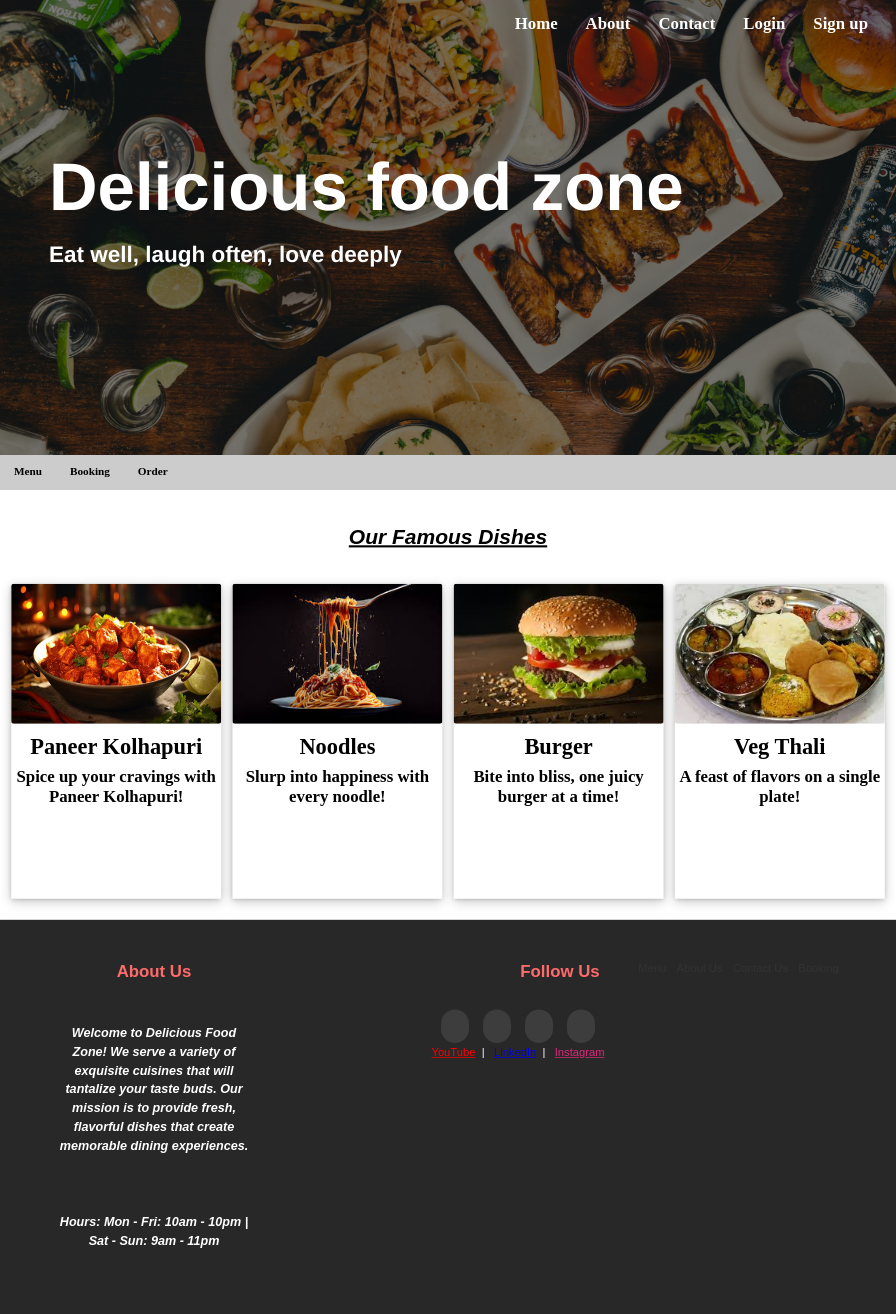
Repository: Shreya-Bonde/Restaurant-management-system
Page: index.html
An editor plug-in stored every save of this project. The page is shown before and after the next save, followed by the edit.
The browser window is 1280 px wide. The pictures show the whole page, at 70% of full size.

Above is the page before, as saved 2024-10-17 19:00:23.

### index.html
<!DOCTYPE html>
<html lang="en">
<head>
    <meta charset="UTF-8">
    <meta name="viewport" content="width=device-width, initial-scale=1.0">
    <title>Document</title>
    <link rel="stylesheet" href="style.css">
</head>
<body>
    <header>
        <div class="banner-container">
                <nav class="navbar">
                    <ul>
                        <li><a href="#home">Home</a></li>
                        <li><a href="/about.html">About</a></li>
                        <li><a href="/contact.html">Contact</a></li>
                        <li><a href="/login.html">Login</a></li>
                        <li><a href="#">Sign up</a></li>
                    </ul>
                </nav>
                <div class="centered-text">
                    <h1>Delicious food zone</h1>
                    <h6>Eat well, laugh often, love deeply</h6>
                </div>
         </div>
         <div class="nav-bar">
            <nav>
                <a class="menu-btn" href="#">Menu</a>
                <a class="menu-btn" href="#">Booking</a>
                <a class="menu-btn" href="#">Order</a>
            </nav>
         </div>
    </header>
        <p>Our Famous Dishes</p>
        <div class="Flex">
            <div class="flex-item fitem1">
                <img src="paneer kolhapuri.jpg" alt="">
                <h1>Paneer Kolhapuri</h1>
                <h2>Spice up your cravings with Paneer Kolhapuri!</h2>
            </div>
            <div class="flex-item fitem2">
                <img src="noodles1.jpg" alt="">
                <h1>Noodles</h1>
                <h2>Slurp into happiness with every noodle!</h2>
            </div>
            <div class="flex-item fitem3">
                <img src="burger.jpg" alt="">
                <h1>Burger</h1>
                <h2>Bite into bliss, one juicy burger at a time!</h2>
            </div>
            <div class="flex-item fitem4">
                <img src="veg thali.jpg" alt="">
                <h1>Veg Thali</h1>
                <h2>A feast of flavors on a single plate!</h2>
            </div>
        </div>


    <footer class="footer">
        <div class="footer-container">
            <div class="footer-about">
                <h2>About Us</h2>
                <p>
                    Welcome to Delicious Food Zone! We serve a variety of exquisite cuisines that will tantalize your taste buds. Our mission is to provide fresh, flavorful dishes that create memorable dining experiences.
                </p>
                <p>Hours: Mon - Fri: 10am - 10pm | Sat - Sun: 9am - 11pm</p>
            </div>



            <div class="footer-social">
                <h2>Follow Us</h2>
                <div class="social-icons">
                    <a href="https://www.facebook.com/yourrestaurant" target="_blank" aria-label="Facebook"><i class="fab fa-facebook-f"></i></a>
                    <a href="https://twitter.com/yourrestaurant" target="_blank" aria-label="Twitter"><i class="fab fa-twitter"></i></a>
                    <a href="https://www.instagram.com/yourrestaurant" target="_blank" aria-label="Instagram"><i class="fab fa-instagram"></i></a>
                    <a href="https://www.tripadvisor.com/Restaurant_Review-g1234567-d12345678-Your_Restaurant_Name" target="_blank" aria-label="TripAdvisor"><i class="fab fa-tripadvisor"></i></a>
                </div>

                <div class="sm-handle">
                    <a href="http://www.youtube.com/amandhattarwal" target="_blank" class="yt_handle"
                     rel="noopener noreferrer"> <i class="fa fa-youtube fa-lg yt_handle"></i>YouTube</a>&nbsp;&nbsp;|&nbsp;&nbsp;
                <a href="http://www.linkedin.com/in/dhatterwalaman" target="_blank" class="linkedin_handle"
                rel="noopener noreferrer"> <i class="fa fa-linkedin fa-lg linkedin_handle"></i>LinkedIn</a>&nbsp;&nbsp;|&nbsp;&nbsp;
                <a href="http://www.instagram.com/dhattarwalaman" target="_blank" class="insta_handle"
                 rel="noopener noreferrer"> <i class="fa fa-instagram fa-lg insta_handle"></i>Instagram</a>

                </div>
            </div>

            <div class="footer-links">
                <a href="menu.html">Menu</a>
                 <a href="about.html">About Us</a>
                 <a href="contact.html">Contact Us</a>
                 <a href="reservations.html">Booking</a>
            </div>
        </div>


        <!-- <div class="footer-bottom">
            <p>&copy; 2024 Delicious Food Zone. All rights reserved.</p>
        </div> -->
    </footer>

</body>
</html>

### style.css
* {
    box-sizing: border-box;
    margin: 0;
    padding: 0;
}
.banner-container {
    background-image: url(background1.jpg);
    background-repeat: no-repeat;
    background-size: cover;
    position: relative;
    width: 100%;
    height: 650px;
}
.navbar {
    position: absolute;
    top: 0;
    right: 0;
    padding: 20px;
}
.centered-text {
    position: absolute;
    top: 30%;
    left: 70px;
    color: white;
    line-height: 1.5;
    font-weight: bold;
    font-size: 3rem;
    font-family: 'Franklin Gothic Medium', 'Arial Narrow', Arial, sans-serif;
}
h6 {
    justify-content: center;
    margin-bottom: 20px;
}
nav ul {
    list-style-type: none;
    margin: 0;
    padding: 0;
    display: flex;
    justify-content: right;
    font-size: 1.5rem;
}
nav ul li {
    margin: 0 20px;
}
nav ul li a {
    color: white;
    text-decoration: none;
    font-weight: bold;
}
nav ul li a:hover {
    text-decoration: underline;
}
.nav-bar {
    display: flex;
    background-color: #ccc;
    height: 50px;
    background-attachment: fixed;
}
.menu-btn {
    display: block;
    float: left;
    color: black;
    text-align: center;
    text-decoration: none;
    padding: 15px 20px;
    position: sticky;
    font-weight: bold;
}
.menu-btn:hover {
    background-color: #ddd;
    color: black;
}
.Flex {
    width: 100%;
    display: flex;
    flex-wrap: wrap;
    box-sizing: gray;
    align-items: center;
    justify-content: space-evenly;
}
.flex-item {
    box-shadow: 0 2px 6px 0 rgba(0,0,0,0.2), 0 4px 16px 0 rgba(0,0,0,0.2);
    margin: 0;
    padding: 0;
}
.flex-item img {
 width: 100%;
 object-fit: fill;
}
.flex-item {
    margin-top: 20px;
    margin-bottom: 30px;
    display: inline-block;
    background-color: white;
    width: 300px;
    height: 450px;
    text-align: center;
}
.flex-item:hover {
    transform: scale(1.05);
}
img {
    width: 100%;
    height: 200px;
    object-fit: fill;
    border-radius: 4px;
}
p {
    text-align: center;
    font-size: 30px;
    font-weight: bold;
    font-style: oblique;
    font-family: Arial, Helvetica, sans-serif;
    padding: 50px 20px 30px;
    text-decoration: underline;
}
.flex-item h2 {
    line-height: 1.2;
}
.flex-item h1 {
    padding-top: 10px;
    padding-bottom: 10px;
}

footer {
    background-color: #282828;
    color: #fff;
    padding: 40px 20px;
    text-align: center;
    font-family: 'Arial', sans-serif;
}

.footer-container {
    display: flex;
    justify-content: space-between;
    flex-wrap: wrap;
    max-width: 1200px;
    margin: 0 auto;
    padding: 20px;
}

.footer-about,
.footer-links,
.footer-social {
    flex: 1;
    min-width: 250px;
}

.footer-about h2,
.footer-links h2,
.footer-social h2 {
    color: #ff6b6b;
    margin-bottom: 10px;
}

.footer-about p {
    text-decoration: none;
    line-height: 1.5;
    font-size: 18px;
    margin: 1px 0;
}


/* .footer-links a {
    display: inline-block;
    float: right;
    color: white;
    text-align: center;
    text-decoration: none;
    padding: 15px 20px;
    position: sticky;
    color: #ff6b6b;
    text-decoration: none;
    transition: color 0.3s ease;
}

.footer-links a:hover {
    color: #fff;
} */
.footer-links {
    margin-top: 0px; /* Add some space above the links */
}

.footer-links a {
    display: inline-block;
    margin-right: 10px; /* Spacing between the links */
    text-decoration: none;
    color: #333; /* You can change the color if needed */
}

.footer-links a:hover {
    color: #007BFF; /* Hover effect on links */
}
.footer-social {
    margin-left: 200px; /* Adjust this value to shift further or less */
}
.footer-social .social-icons {
    display: flex;
    justify-content: center;
    margin-top: 10px;
}
.footer-social h2 {
    margin-bottom: 35px;
    margin-left: 120px; /* Adjust this value to control the shift */
}
.footer-social .social-icons a {
    color: #ff6b6b;
    margin-left: 10px;
    font-size: 24px;
    transition: color 0.3s ease;
}

.footer-social .social-icons a:hover {
    color: #fff;
}
.social-icons {
    display: flex;          /* Use flexbox to align items horizontally */
    flex-wrap: nowrap;      /* Prevent items from wrapping to the next line */
    justify-content: space-between; /* Add space between items */
    align-items: center;    /* Center them vertically */
    margin-top: 10px;       /* Add some space above the sm-handle */
}
.social-icons a {
    background-color: rgb(125 125 125 / 25%);
    padding: 10px 15px;
    border-radius: 30px;
    margin: 5px 10px;
    text-decoration: none;
    font-size: 1.25em;
}

.social-icons a:hover {
    background-color: rgb(30 30 30 / 25%);
}

.social-icons a i {
    margin: 5px;
}
.yt_handle {
    color: #FF0000;
}

._handle {
    color: #0e76a8;
}

.insta_handle {
    color: #dd2a7b;
}

.footer-bottom {
    margin-top: 20px;
    font-size: 10px;
    color: #ccc;
}

After the next save:
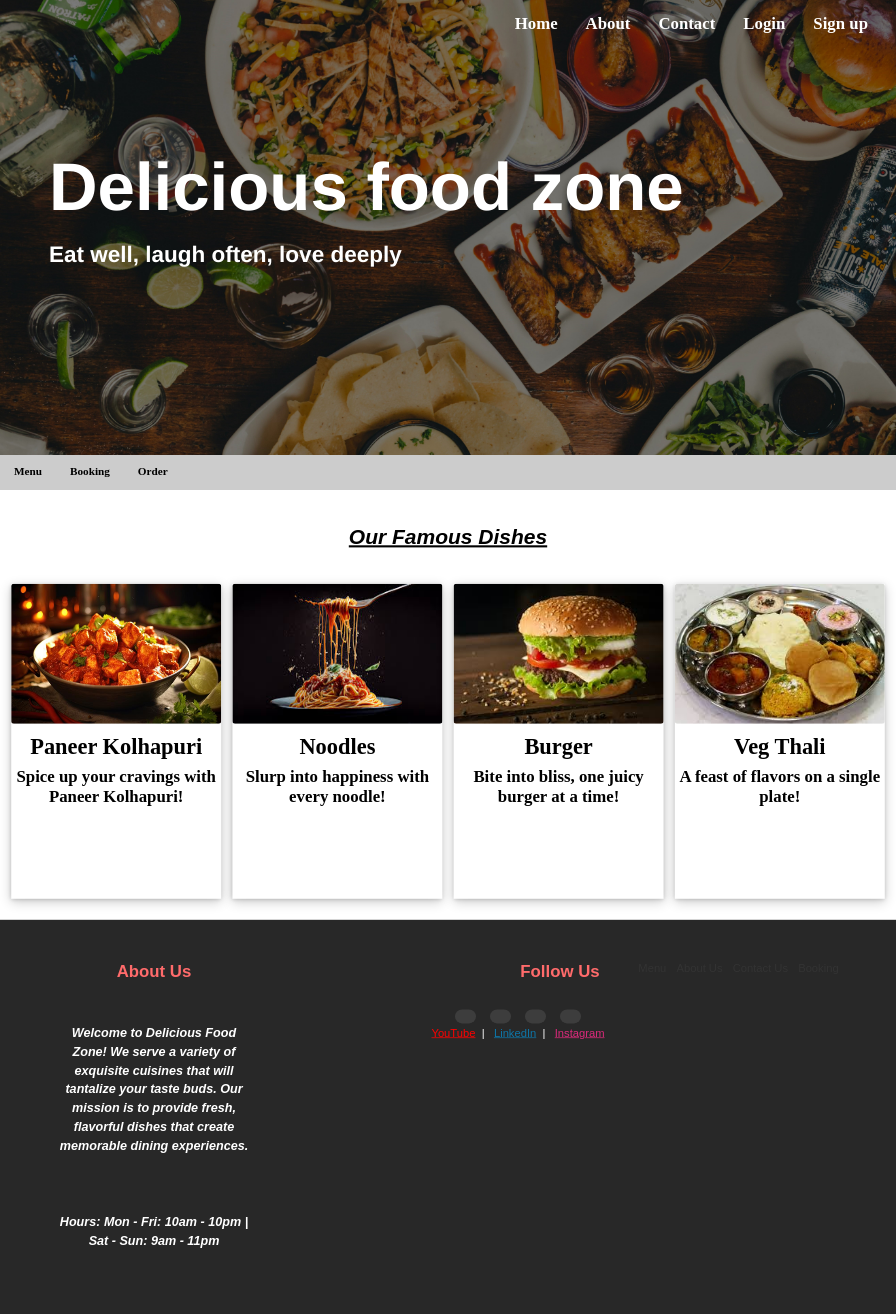
Saved 5 s later.
--- a/style.css
+++ b/style.css
@@ -233,14 +233,14 @@ footer {
     background-color: rgb(30 30 30 / 25%);
 }
 
-.social-icons a i {
+.s a i {
     margin: 5px;
 }
 .yt_handle {
     color: #FF0000;
 }
 
-._handle {
+  .linkedin_handle {
     color: #0e76a8;
 }
 
